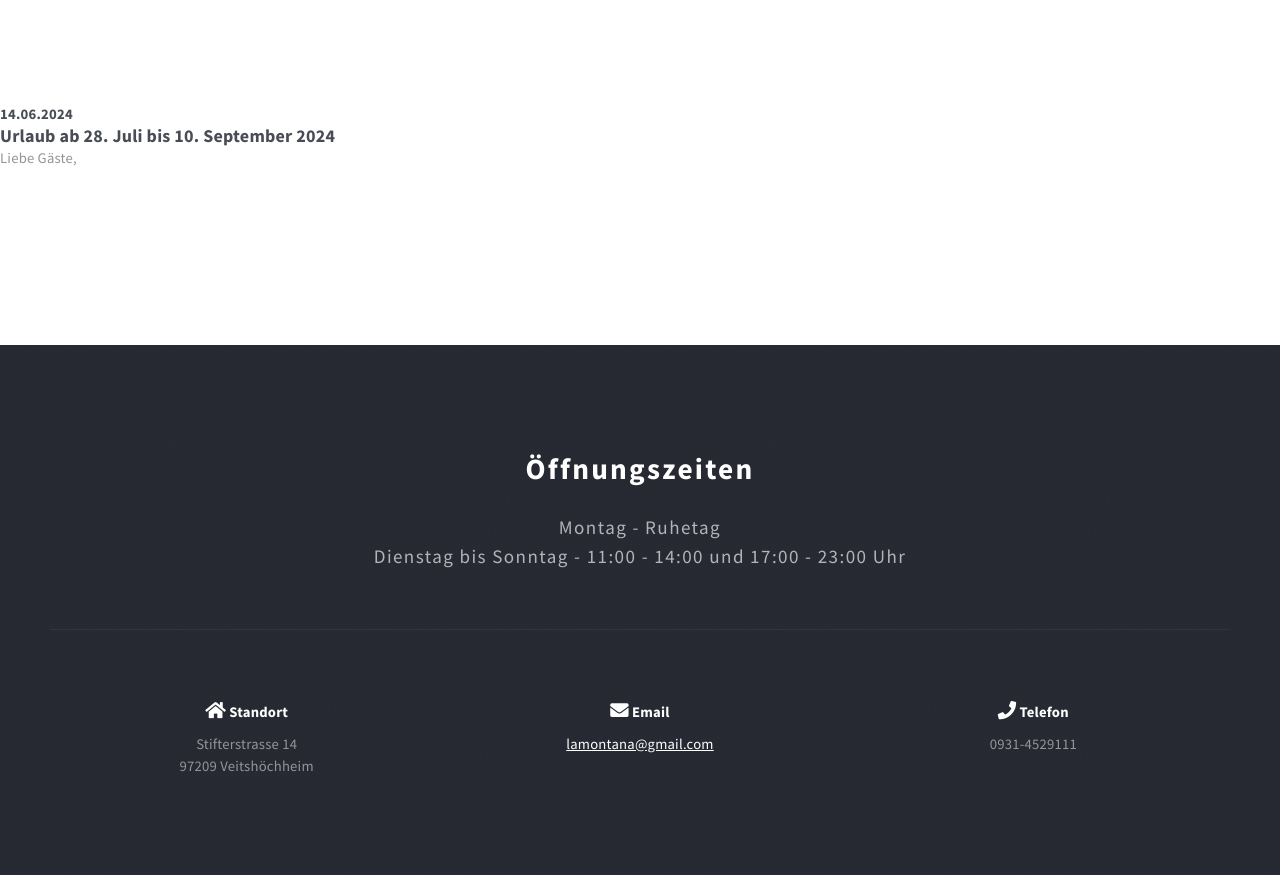
Repository: restaurantlamontana/restaurantlamontana.github.io
Page: blog.html
The author's editor kept a copy of each file at every save. The page is drawn from the files as they stood at one save, then again after the next save.
The browser window is 1280 px wide. The pictures show the part of the page from y = 352 to 1227 px (the page is 1227 px tall).

Above is the page before, as saved 2024-07-14 18:13:49.

After the next save:
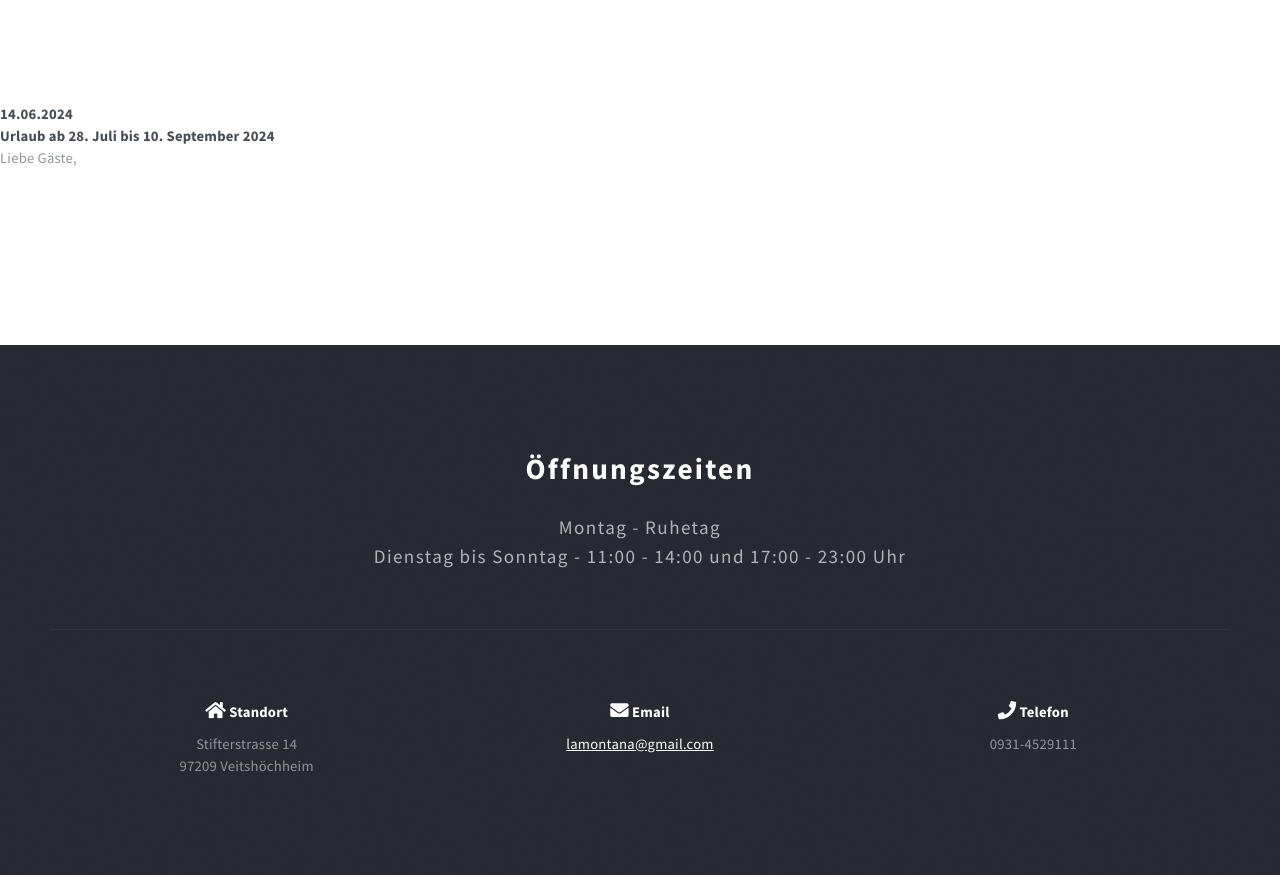
Saved 4 s later.
--- a/blog.html
+++ b/blog.html
@@ -37,7 +37,7 @@
 					<div>
 						<br><br>
 						<h6>14.06.2024</h6>
-						<h1 style="font-size: large;">Urlaub ab 28. Juli bis 10. September 2024</h1>
+						<h1>Urlaub ab 28. Juli bis 10. September 2024</h1>
 						<p>
 							Liebe Gäste,
 
